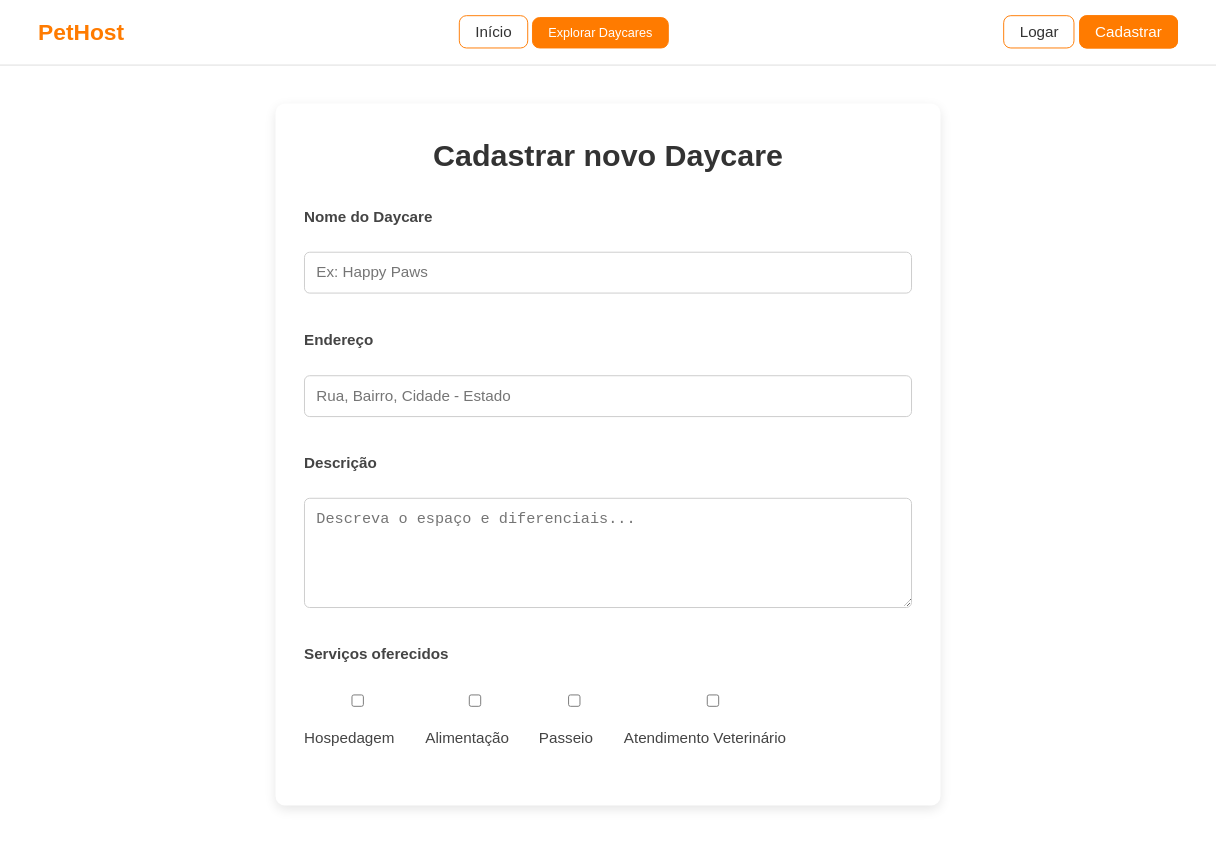
Repository: Vinicius9922/PetHost
Page: cadastro-imovel.html
These files come from the project's save history. The page is drawn as it stood at one moment and after a run of saves; the edit follows.
The browser window is 1280 px wide. The pictures show the whole page, at 95% of full size.

Above is the page before, as saved 2025-09-09 15:37:40.

After the next 2 saves:
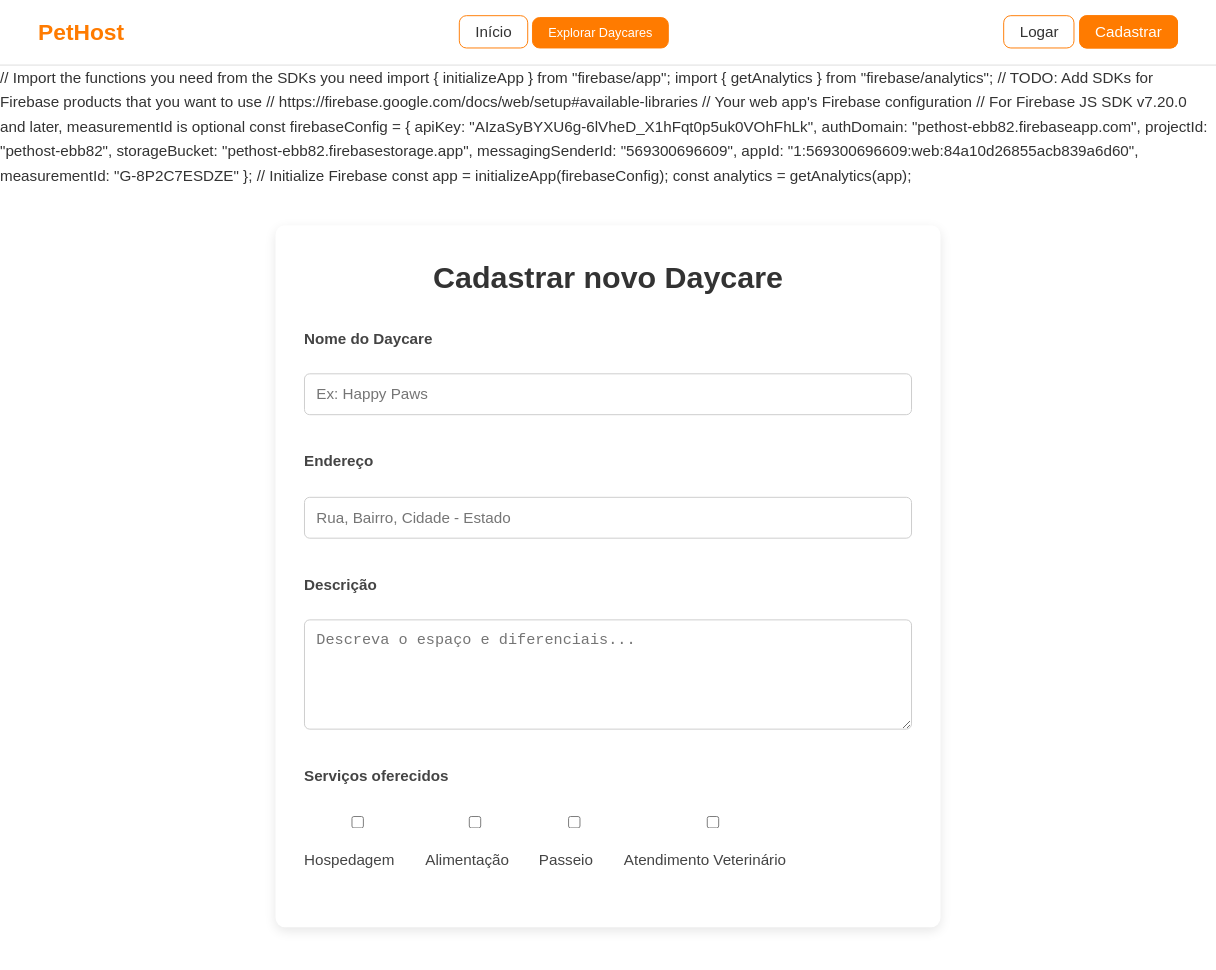
The 2 saves are shown as one change because they came seconds apart.
The last was saved 9 min 3 s later.
--- a/cadastro-imovel.html
+++ b/cadastro-imovel.html
@@ -22,6 +22,34 @@
     </div>
   </header>
 
+  // Import the functions you need from the SDKs you need
+import { initializeApp } from "firebase/app";
+import { getAnalytics } from "firebase/analytics";
+// TODO: Add SDKs for Firebase products that you want to use
+// https://firebase.google.com/docs/web/setup#available-libraries
+
+// Your web app's Firebase configuration
+// For Firebase JS SDK v7.20.0 and later, measurementId is optional
+const firebaseConfig = {
+  apiKey: "AIzaSyBYXU6g-6lVheD_X1hFqt0p5uk0VOhFhLk",
+  authDomain: "pethost-ebb82.firebaseapp.com",
+  projectId: "pethost-ebb82",
+  storageBucket: "pethost-ebb82.firebasestorage.app",
+  messagingSenderId: "569300696609",
+  appId: "1:569300696609:web:84a10d26855acb839a6d60",
+  measurementId: "G-8P2C7ESDZE"
+};
+
+// Initialize Firebase
+const app = initializeApp(firebaseConfig);
+const analytics = getAnalytics(app);
+
+
+
+
+
+
+
   <!-- Conteúdo principal -->
   <main class="form-container">
     <h1>Cadastrar novo Daycare</h1>
